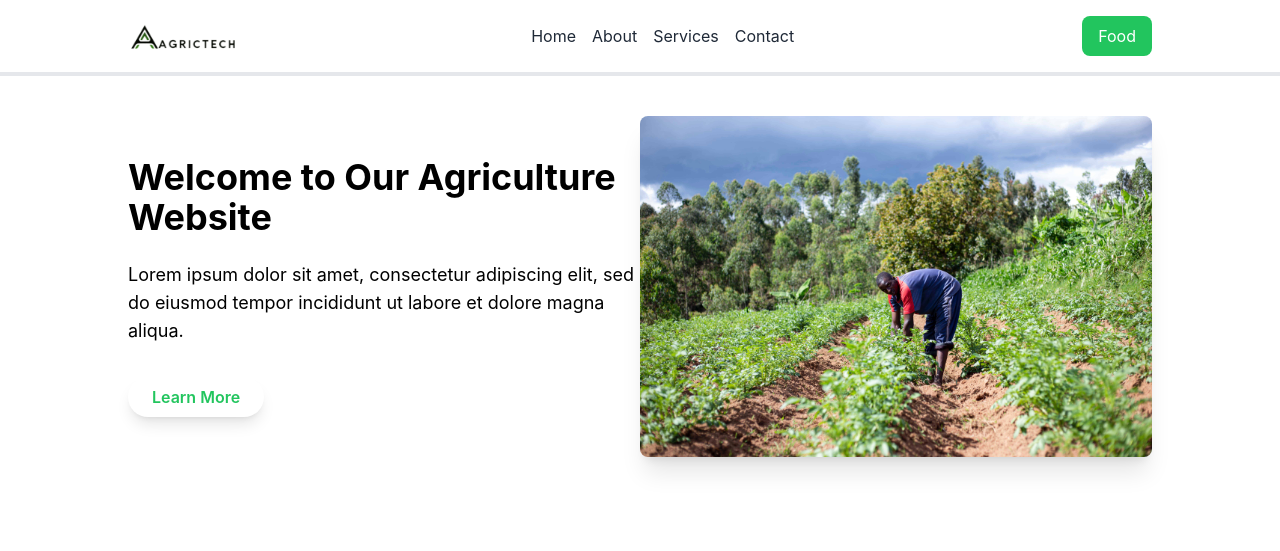
Repository: akinolapo/agric-tech
Page: /
These files come from the project's save history. The page is drawn as it stood at one moment and after the next save; the edit follows.
The browser window is 1280 px wide. The pictures show the whole page.
The project was rebuilt for these pictures with package versions that can differ from the ones it lists, and the page was loaded fresh each time.

Above is the page before, as saved 2023-05-27 00:09:20.

After the next save:
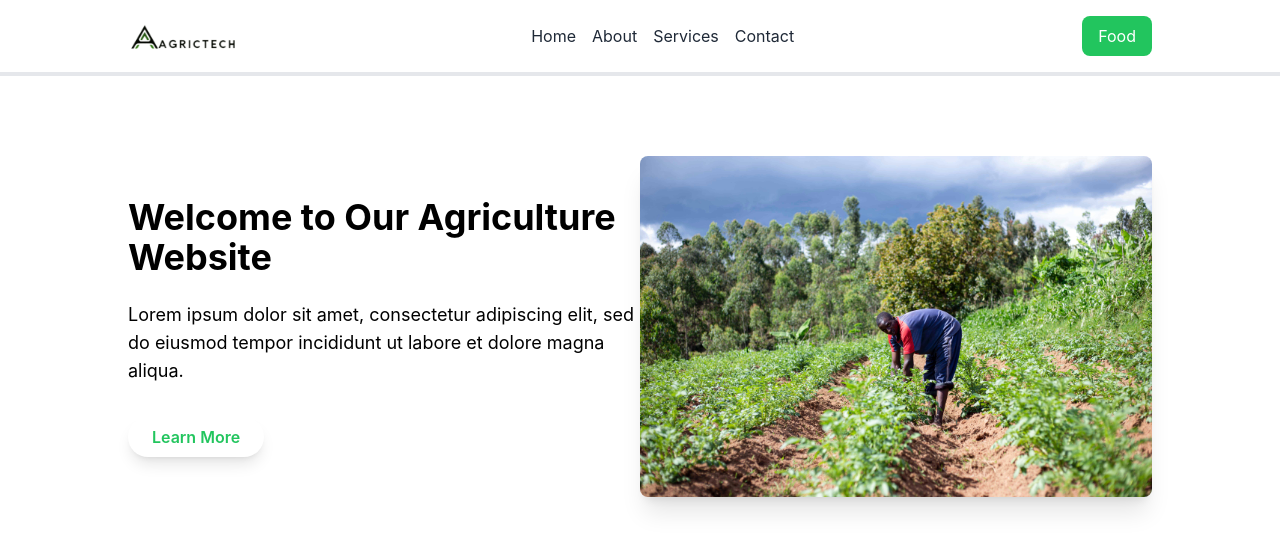
Saved 7 s later.
--- a/src/components/Hero.jsx
+++ b/src/components/Hero.jsx
@@ -2,7 +2,7 @@ import React from 'react';
 
 const Hero = () => {
   return (
-    <section className="bg-white text-black py-10 px-5 sm:px-32">
+    <section className="bg-white text-black py-20 px-5 sm:px-32">
       <div className="container mx-auto flex flex-col lg:flex-row items-center">
         <div className="lg:w-1/2">
           <h1 className="text-4xl font-bold mb-6">Welcome to Our Agriculture Website</h1>
